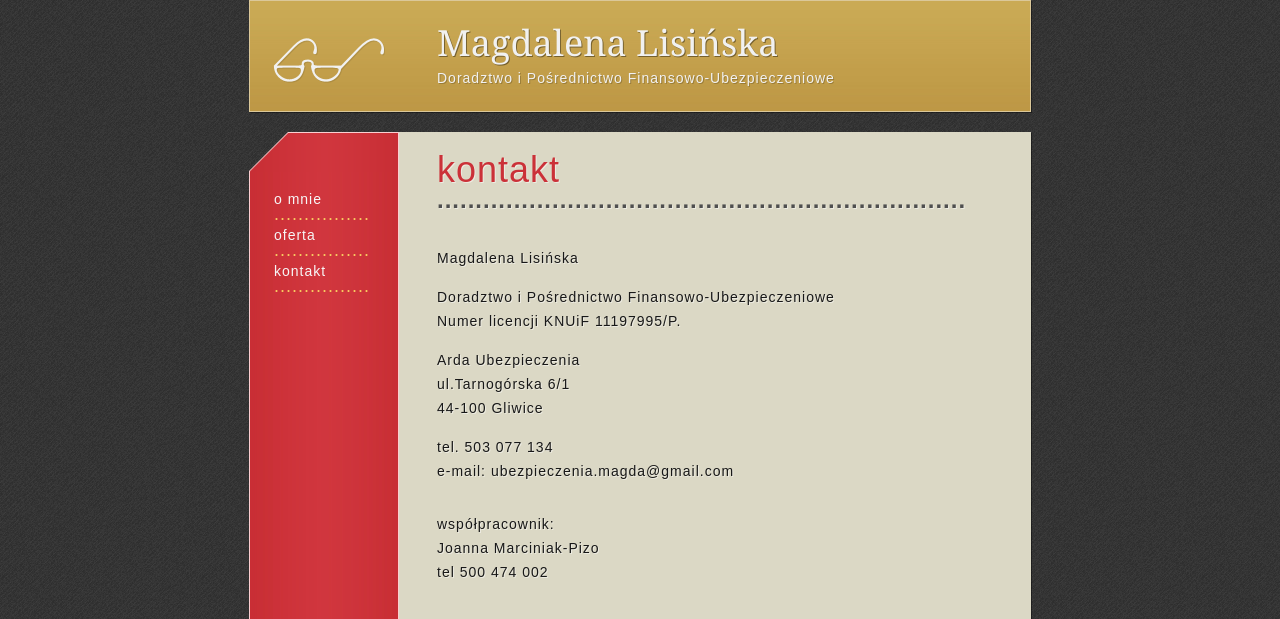
Repository: gabr/php_elicpse_workspace
Page: Magda Lisinska/kontakt.html
An editor plug-in stored every save of this project. The page is shown before and after the next save, followed by the edit.
The browser window is 1280 px wide. The pictures show the part of the page from y = 0 to 619 px (the page is 1131 px tall before and 1133 px after).
Pictures or frames that could not be fetched are drawn as grey boxes.

Above is the page before, as saved 2013-03-08 14:21:38.

### Magda Lisinska/kontakt.html
<!DOCTYPE HTML>
<html>
<head>
<meta http-equiv="Content-Type" content="text/html; charset=utf-8">
<title>Magdalena Lisińska</title>
<!--
        <meta name="description" content="Add your sites description here">
        <meta name="keywords" content="Add,your,site,keywords,here">
        <link rel="icon" type="image/x-icon" href="../images/favicon.ico">
        -->
<link rel="stylesheet" type="text/css" href="css/reset.css"
  media="screen">
<link rel="stylesheet" type="text/css" href="css/style.css"
  media="screen">
<!-- <script src="js/jquery-1.9.1.js"></script>
        <script src="js/script.js"></script> -->
<!--[if lt IE 9]>
        <script src="js/html5shiv.js"></script>
        <![endif]-->
</head>

<body>
  <!-- head -->
  <div id="header">
    <a href="index.html" id="glasses"></a> <a href="index.html"
      id="header-title">
      <p id="title">Magdalena Lisińska</p>
      <p id="slogan">Doradztwo i Pośrednictwo
        Finansowo-Ubezpieczeniowe</p>
    </a>
    <div class="clear"></div>
  </div>

  <!-- body -->
  <div id="body">
    <!-- menu -->
    <div id="menu">
      <div id="menu-head"></div>
      <div id="menu-body" style="height: 834px">
        <div id="menu-margin"></div>
        <ul>
          <li><a href="index.html">o mnie</a></li>
          <li class="line">................</li>
          <li><a href="#">oferta</a></li>
          <li class="line">................</li>
          <li><a href="#">kontakt</a></li>
          <li class="line">................</li>
        </ul>
      </div>
    </div>
    <!-- content -->
    <div id="content">
      <div>
        <h1>kontakt</h1>
        <div class="line">.....................................................................</div>
        <br>
        <p>Magdalena Lisińska</p>

        <p>
          Doradztwo i Pośrednictwo Finansowo-Ubezpieczeniowe <br>Numer
          licencji KNUiF 11197995/P.
        </p>

        <p>
          Arda Ubezpieczenia <br>ul.Tarnogórska 6/1 <br>44-100
          Gliwice
        </p>

        <p>
          tel. 503 077 134 <br>e-mail: <a target="_blank"
            style="color: #181818"
            href="mailto:ubezpieczenia.magda@gmail.com">ubezpieczenia.magda@gmail.com</a>
        </p>
        <br>
        <p>
          współpracownik: <br> Joanna Marciniak-Pizo <br> tel
          500 474 002
        </p>

        <iframe width="550" height="450" frameborder="0" scrolling="no"
          marginheight="0" marginwidth="0"
          src="https://mapy.google.pl/maps?f=q&amp;source=s_q&amp;hl=pl&amp;geocode=&amp;q=ul.Tarnog%C3%B3rska+6%2F1+44-100+Gliwice&amp;aq=&amp;sll=50.246665,19.004371&amp;sspn=3.049226,6.174316&amp;t=h&amp;ie=UTF8&amp;hq=&amp;hnear=Tarnog%C3%B3rska+6,+44-102+Gliwice,+%C5%9Bl%C4%85skie&amp;ll=50.306665,18.681908&amp;spn=0.024668,0.047121&amp;z=14&amp;iwloc=A&amp;output=embed">
        </iframe>
        <br /> <a id="google-maps"
          href="https://mapy.google.pl/maps?f=q&amp;source=embed&amp;hl=pl&amp;geocode=&amp;q=ul.Tarnog%C3%B3rska+6%2F1+44-100+Gliwice&amp;aq=&amp;sll=50.246665,19.004371&amp;sspn=3.049226,6.174316&amp;t=h&amp;ie=UTF8&amp;hq=&amp;hnear=Tarnog%C3%B3rska+6,+44-102+Gliwice,+%C5%9Bl%C4%85skie&amp;ll=50.306665,18.681908&amp;spn=0.024668,0.047121&amp;z=14&amp;iwloc=A">
          zobacz na maps.google.pl </a>
      </div>
    </div>
    <div class="clear"></div>

    <!-- footer -->
    <div id="footer">
      <div id="left-footer">
        <p>2013</p>
      </div>
      <div id="right-footer">
        <p>ireneuszgabrys@gmail.com &amp;
          arkadiuszgabrys@gmail.com&ensp;&ensp;&ensp;&ensp;</p>
      </div>
      <div class="clear"></div>
    </div>

  </div>
</body>
</html>

### Magda Lisinska/css/reset.css
/*
html5doctor.com Reset Stylesheet
v1.6.1
Last Updated: 2010-09-17
Author: Richard Clark - http://richclarkdesign.com
Twitter: @rich_clark
*/

html, body, div, span, object, iframe,
h1, h2, h3, h4, h5, h6, p, blockquote, pre,
abbr, address, cite, code,
del, dfn, em, img, ins, kbd, q, samp,
small, strong, sub, sup, var,
b, i,
dl, dt, dd, ol, ul, li,
fieldset, form, label, legend,
table, caption, tbody, tfoot, thead, tr, th, td,
article, aside, canvas, details, figcaption, figure,
footer, header, hgroup, menu, nav, section, summary,
time, mark, audio, video {
margin:0;
padding:0;
border:0;
outline:0;
font-size:100%;
vertical-align:baseline;
background:transparent;
}

body {line-height:1;}

article,aside,details,figcaption,figure,
footer,header,hgroup,menu,nav,section {
display:block; zoom:1;
}

nav ul {list-style:none;}

blockquote, q {quotes:none;}

blockquote:before, blockquote:after,
q:before, q:after {
content:'';
content:none;
}

a {
margin:0;
padding:0;
font-size:100%;
vertical-align:baseline;
background:transparent;
}

/* change colours to suit your needs */
ins {
background-color:#ff9;
color:#000;
text-decoration:none;
}

/* change colours to suit your needs */
mark {
background-color:#ff9;
color:#000;
font-style:italic;
font-weight:bold;
}

del {text-decoration: line-through;}

abbr[title], dfn[title] {
border-bottom:1px dotted;
cursor:help;
}

table {
border-collapse:collapse;
border-spacing:0;
}

/* change border colour to suit your needs */
hr {
display:block;
height:1px;
border:0;
border-top:1px solid #cccccc;
margin:1em 0;
padding:0;
}

input, select {
vertical-align:middle;
}

### Magda Lisinska/css/style.css
/*  Main  */
body {
  background: url(../images/background.png);
  color: #000;
  font-family: Arial, Helvetica, sans-serif;
  font-size: 14px;
  letter-spacing: 1px;
}

p {
  color: #181818;
  text-align: left;
  margin: 0px 0px 15px 0px;
  line-height: 24px;
}

img {
  height: 290px;
}

a {
  color: #cb3138;
  text-decoration: none;
}

a:hover {
  text-decoration: underline;
}

h1 {
  margin: 20px 0px 0px 0px;
  font-size: 36px;
  color: #cb3138;
  font-weight: normal;
}

img {
  float: left;
  margin: 5px 10px 0px 0px;
  border: 1px solid #363636;
  box-shadow: 1px 1px 0px rgba(255, 255, 255, 0.5);
}

.line {
  -webkit-touch-callout: none;
  -webkit-user-select: none;
  -khtml-user-select: none;
  -moz-user-select: none;
  -ms-user-select: none;
  user-select: none;
}

.clear {
  clear: both;
}

/* Header */
#header {
  background: url(../images/header.jpg);
  width: 780px;
  height: 110px;
  margin: 0 auto;
  border: 1px solid #dbc89a;
  box-shadow: 1px 1px 0px rgba(0, 0, 0, 0.4)
}

#glasses {
  background: url(../images/glasses.png);
  width: 112px;
  height: 45px;
  margin: 37px 0px 0px 23px;
  display: block;
  outline: none;
  float: left;
}

#header-title {
  float: left;
  margin: 30px 0px 0px 52px;
  outline: none;
  text-decoration: none;
}

#title {
  margin: 0px 0px 0px 0px;
  color: #f1f1f1;
  text-shadow: 1px 1px 0px rgba(0, 0, 0, 0.4);
  font-family: Georgia, Times New Roman, Times;
  font-size: 36px;
  letter-spacing: 0px;
}

#slogan {
  color: #f1f1f1;
  text-shadow: 1px 1px 0px rgba(0, 0, 0, 0.2);
  margin: 11px 0px 0px 0px;
}

/* Body */
#body {
  margin: 0 auto;
  margin-top: 20px;
  width: 782px;
  box-shadow: 1px 1px 0px rgba(0, 0, 0, 0.4);
}

/* Menu */
#menu {
  float: left;
  width: 150px;
}

#menu-head {
  background: url(../images/menu_head.png);
  height: 40px;
}

#menu-body {
  background: url(../images/menu.jpg);
  min-height: 200px;
}

#menu-margin {
  height: 20px;
}

#menu-body ul {
  width: 100px;
  margin: 0 auto;
  list-style: none;
}

#menu-body a {
  color: #f7f7f7;
  text-decoration: none;
}

#menu-body li>a:hover {
  font-weight: bold;
}

#menu-body li.line {
  font-size: 18px;
  color: #f7cb61;
  margin: -1px 0px 5px 0px;
}

/* Content */
#content {
  float: left;
  width: 632px;
  min-height: 200px;
  background: #dbd8c5;
  text-shadow: 1px 1px 0px rgba(255, 255, 255, 0.5);
  padding-bottom: 20px;
}

#content>div {
  margin: 0px 38px 0px 38px;
}

#content .line {
  margin: 0px 0px 20px 0px;
  font-size: 24px;
  color: #4f4f4f;
  font-weight: bold;
}

#content ul {
  list-style-type: circle;
  list-style-position: inside;
}

#content ul li {
  text-decoration: none;
  font-family: Arial, Helvetica, sans-serif;
  font-size: 14px;
  letter-spacing: 1px;
  color: #181818;
  text-align: left;
  margin: 0px 0px 15px 0px;
  line-height: 24px;
}

#content ul li p {
  margin-left: 13px;
}

#content iframe {
  margin: 20px auto 2px auto;
}

#google-maps {
  float: right;
  margin-right: 6px;
}

/* Footer */
#footer {
  width: 782px;
}

#left-footer {
  background: url(../images/menu.jpg);
  width: 150px;
  height: 20px;
  float: left;
}

#left-footer p {
  color: #f7f7f7;
  text-align: center;
  font-size: 12px;
}

#right-footer {
  float: right;
  width: 632px;
  height: 20px;
  background: #dbd8c5;
}

#right-footer p {
  color: #918e7e;
  text-align: right;
  font-size: 12px;
}

After the next save:
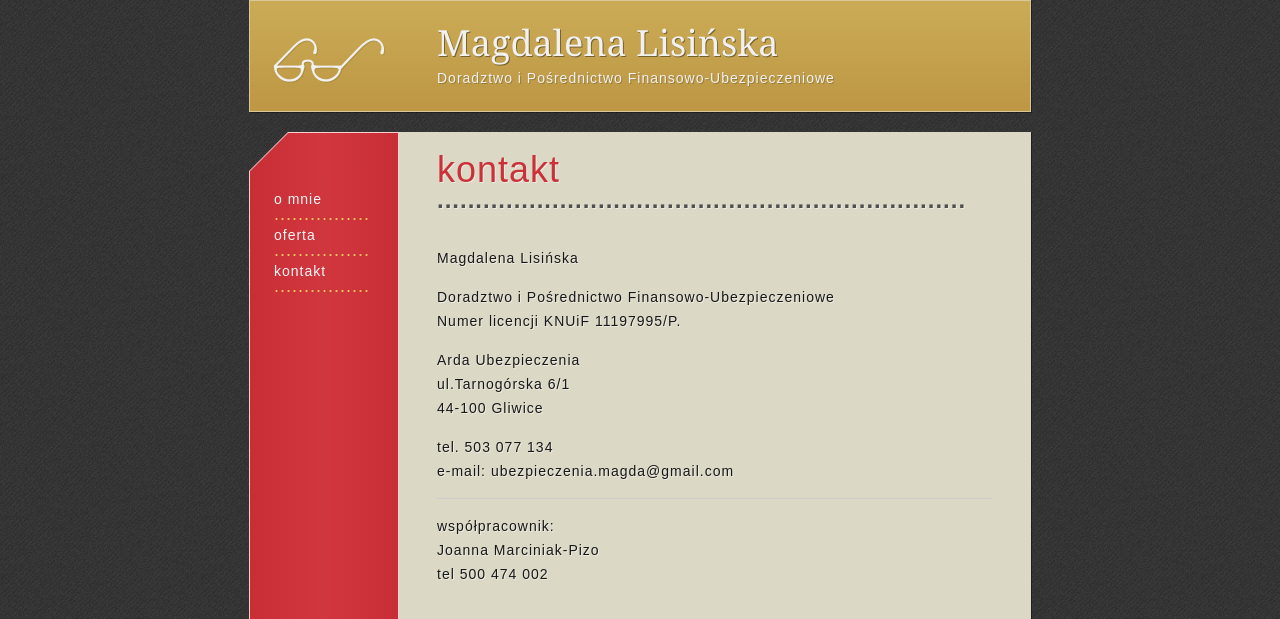
Saved 52 s later.
--- a/Magda Lisinska/kontakt.html
+++ b/Magda Lisinska/kontakt.html
@@ -71,7 +71,7 @@
             style="color: #181818"
             href="mailto:ubezpieczenia.magda@gmail.com">ubezpieczenia.magda@gmail.com</a>
         </p>
-        <br>
+        <hr>
         <p>
           współpracownik: <br> Joanna Marciniak-Pizo <br> tel
           500 474 002
